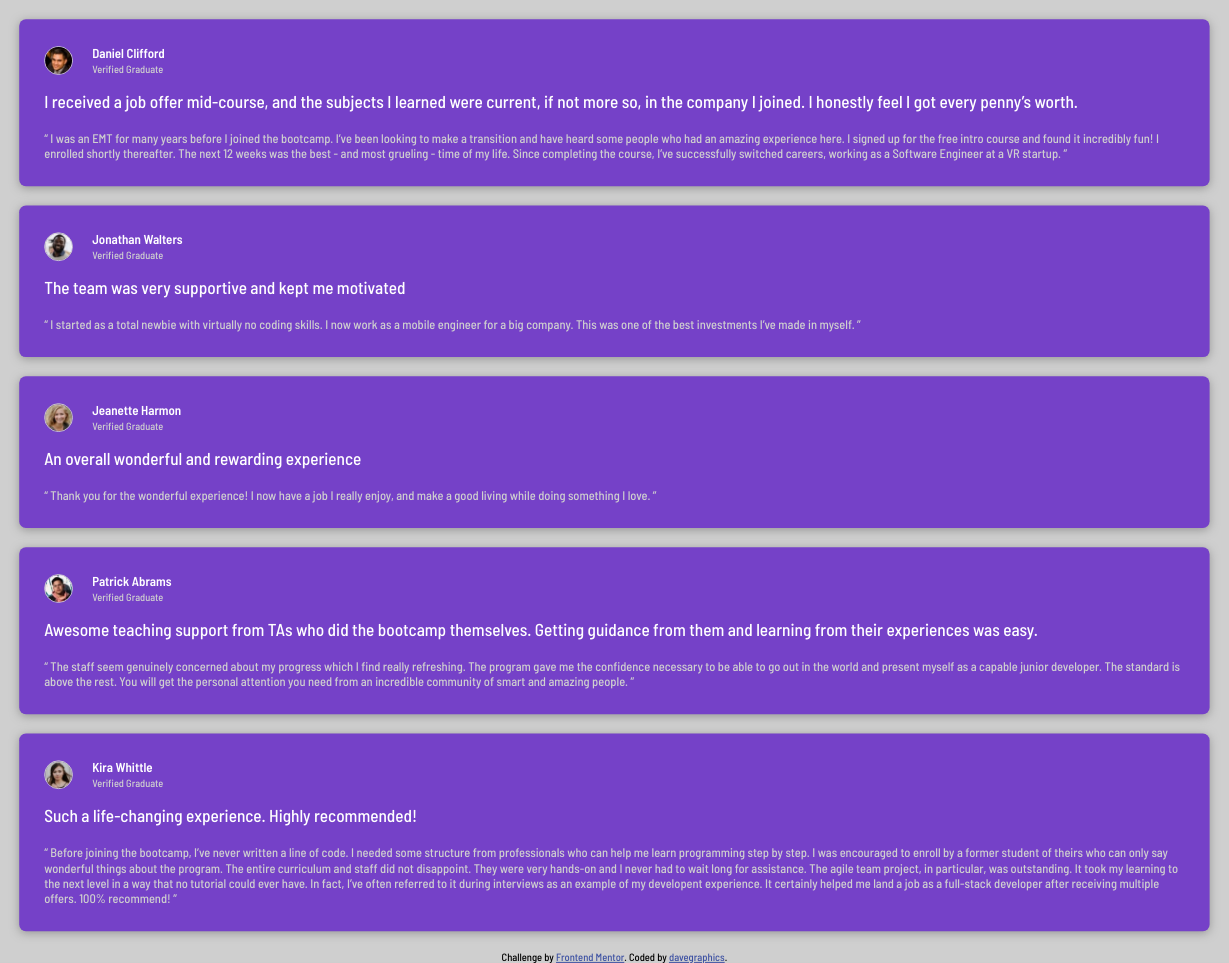
Repository: DejV44/testimonials_grid_section_main
Page: index.html
These files come from the project's save history. The page is drawn as it stood at one moment and after the next save; the edit follows.
The browser window is 1280 px wide. The pictures show the whole page, at 96% of full size.
The style sheet was rebuilt from its Sass, Less or Tailwind sources for each picture, by a compiler version that may differ from the author's.

Above is the page before, as saved 2021-07-14 21:20:49.

After the next save:
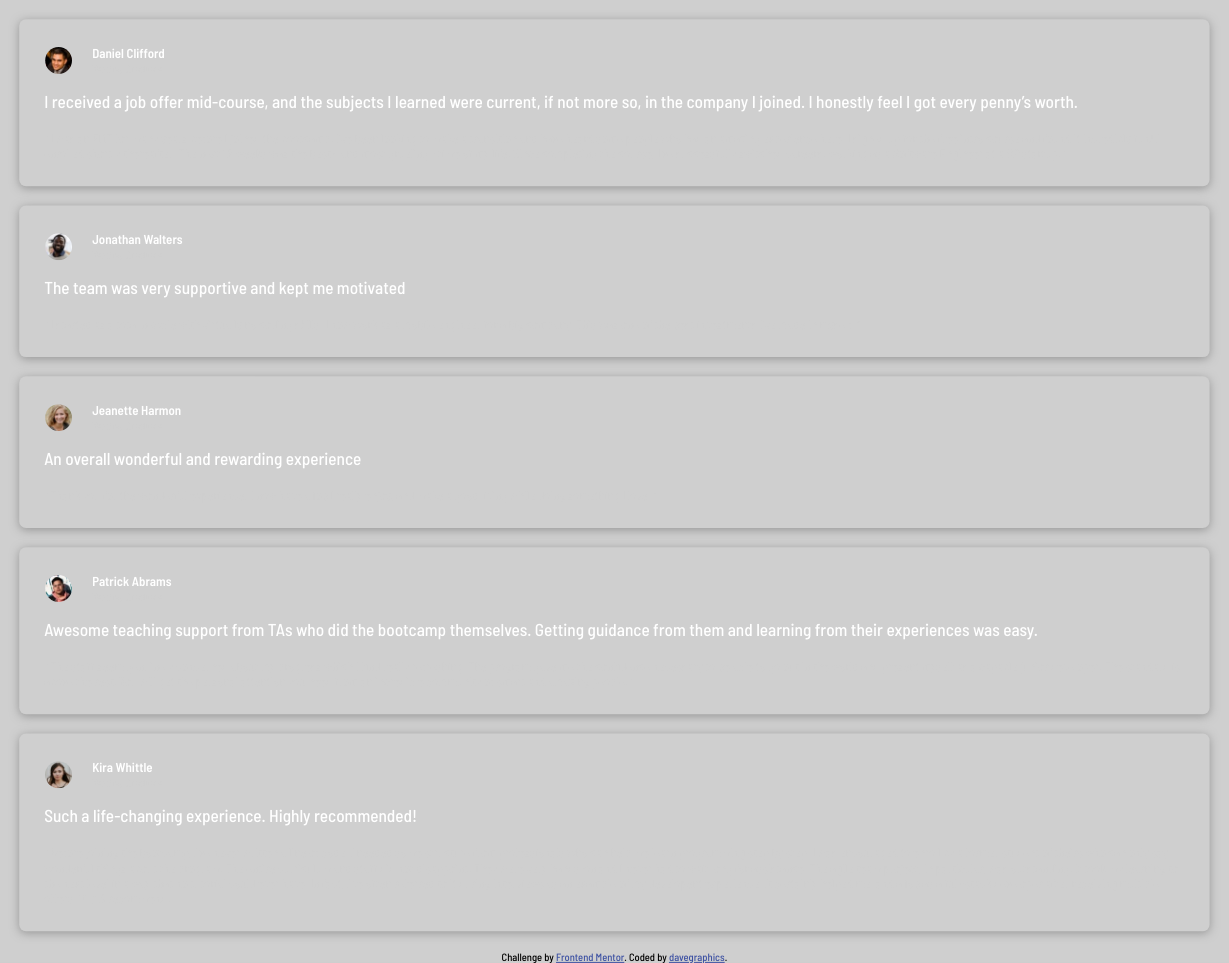
Saved 73 s later.
--- a/css/style.scss
+++ b/css/style.scss
@@ -27,7 +27,7 @@ body {
 
 
         .cards {
-            background-color: $ModerateViolet;
+
             padding: 2em;
             border-radius: 7px;
             box-shadow: rgba(128, 128, 128, 0.712) 0px 2px 10px;
